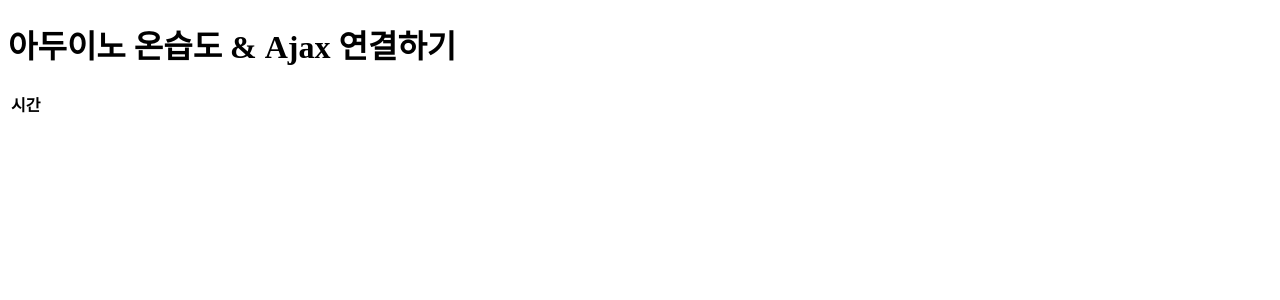
Repository: lafayetteey/WorkSpace
Page: http://localhost/testAduino/views/part2_DHT11_Control.jsp
These files come from the project's save history. The page is drawn as it stood at one moment and after the next save; the edit follows.
The browser window is 1280 px wide. The pictures show the whole page.
The page is served by Tomcat 9.

Above is the page before, as saved 2020-08-05 01:39:15.

### workspace_Aduino/testAduino/WebContent/views/part2_DHT11_Control.jsp
<%@ page language="java" contentType="text/html; charset=UTF-8"
    pageEncoding="UTF-8"%>
<!DOCTYPE html>
<html>
<head>
<meta charset="UTF-8">
<title>Insert title here</title>
</head>
<body>
	<h1>아두이노 온습도 & Ajax 연결하기</h1>
	<table>
		<thead>
			<tr>
				<th>시간</th>
			</tr>
		</thead>
	</table>
</body>
</html>

After the next save:
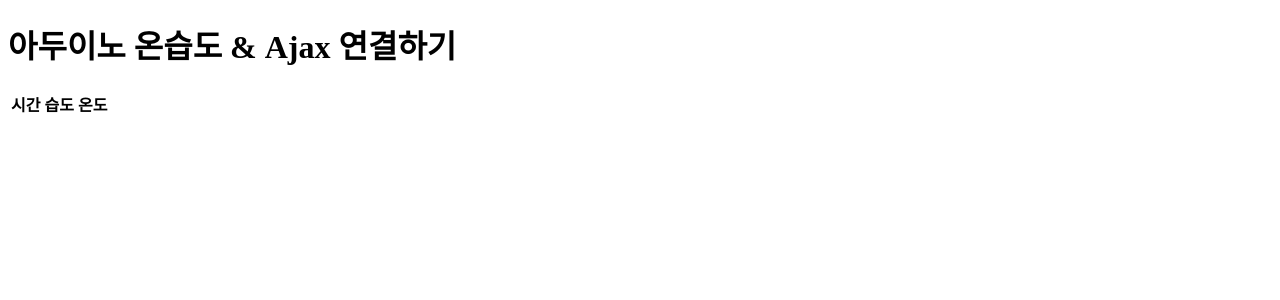
Saved 10 s later.
--- a/workspace_Aduino/testAduino/WebContent/views/part2_DHT11_Control.jsp
+++ b/workspace_Aduino/testAduino/WebContent/views/part2_DHT11_Control.jsp
@@ -12,6 +12,8 @@
 		<thead>
 			<tr>
 				<th>시간</th>
+				<th>습도</th>
+				<th>온도</th>
 			</tr>
 		</thead>
 	</table>
